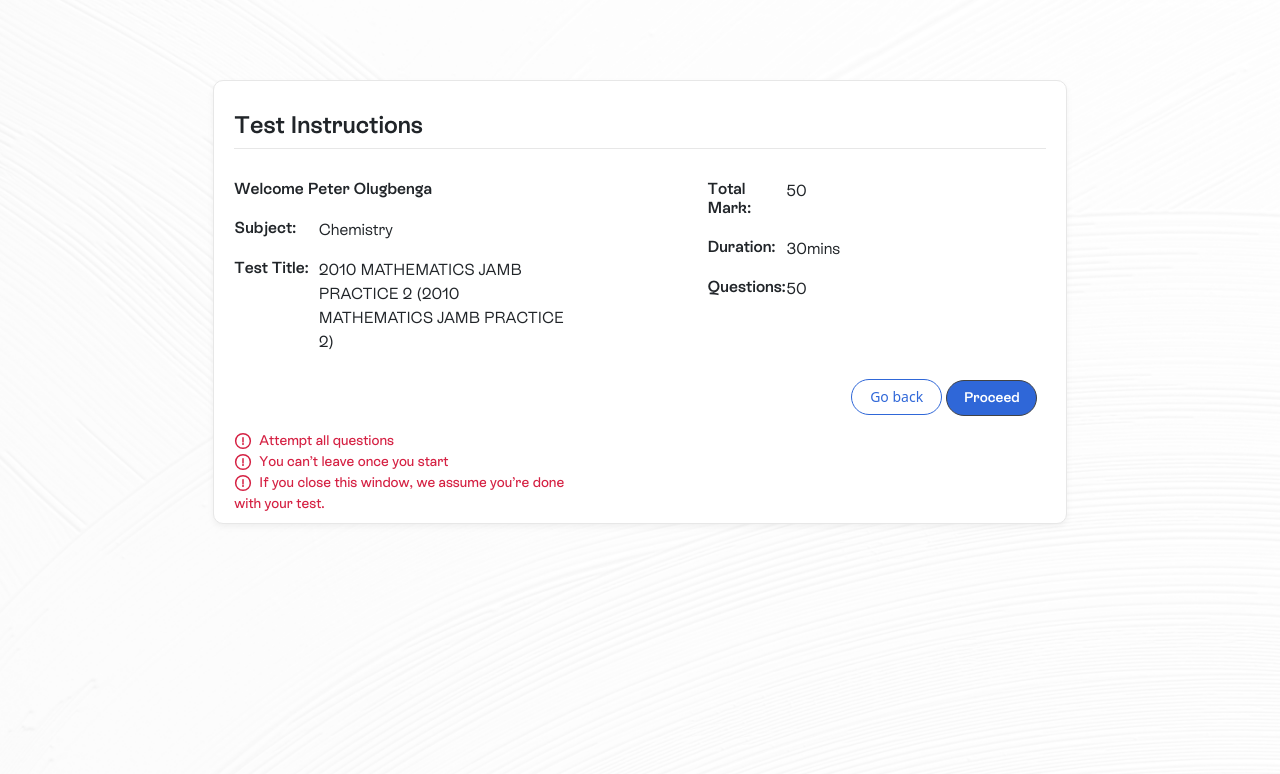
Repository: sarahnnanyelugo/educare-cbt
Page: /test-instructions
An editor plug-in stored every save of this project. The page is shown before and after the next save, followed by the edit.
The browser window is 1280 px wide. The pictures show the whole page.
The project was rebuilt for these pictures with package versions that can differ from the ones it lists, and the page was loaded fresh each time. Also part of the build but not shown: src/components/Form/Form.js, src/pages/AuthenticationPage/auth.scss, src/pages/AuthenticationPage/AuthenticationPage.js, src/components/Exams/exams.scss, src/components/TestModal/test-modal.scss, src/components/TestModal/TestModal.js, src/components/Exams/Exams.js, src/TestData/examsData.js and 3 more. Imported but missing from the stored project, and not drawn on this page: src/components/Form/Password, src/components/GoogleButton/GoogleButton.

Above is the page before, as saved 2023-11-05 03:45:20.

After the next save:
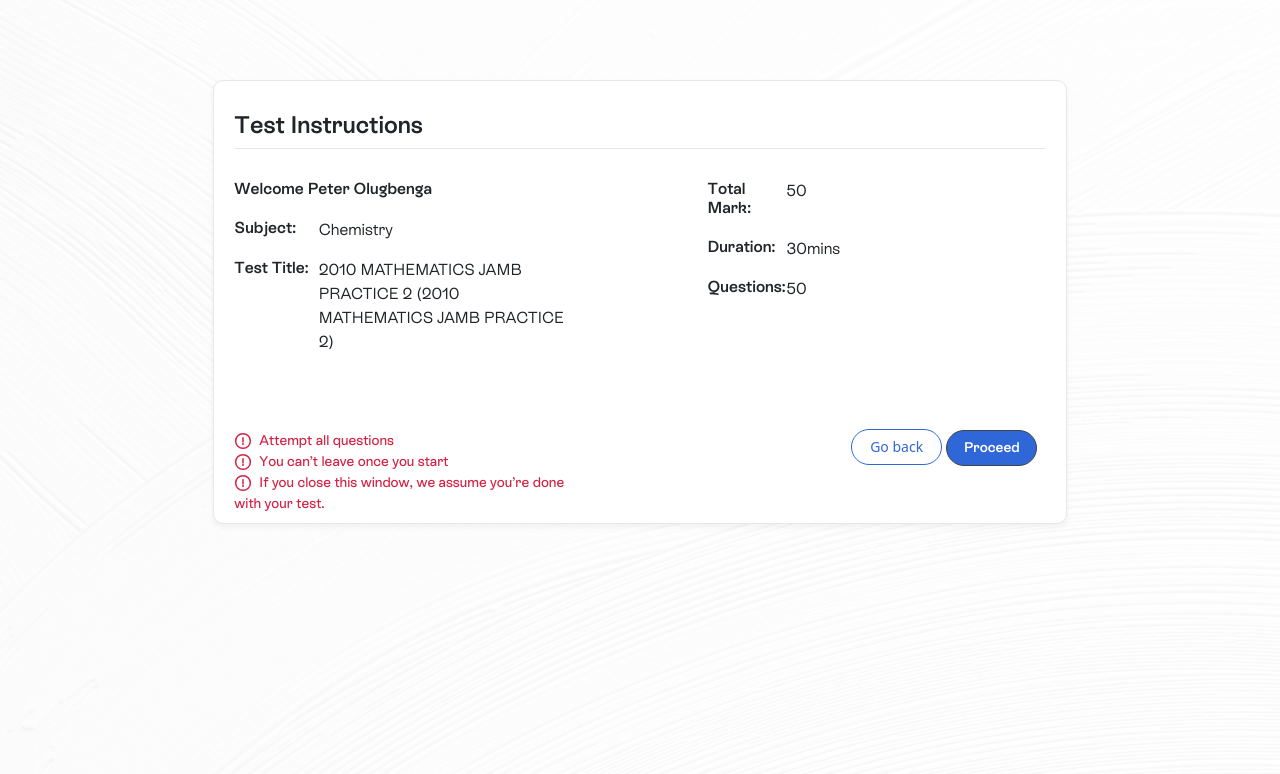
Saved 6 s later.
--- a/src/pages/TestInstructions/test-instructions.scss
+++ b/src/pages/TestInstructions/test-instructions.scss
@@ -40,7 +40,7 @@
         font-size: 14px;
       }
       .instruction-btns {
-        margin-top: 200px;
+        margin-top: 250px;
       }
     }
     ul {
